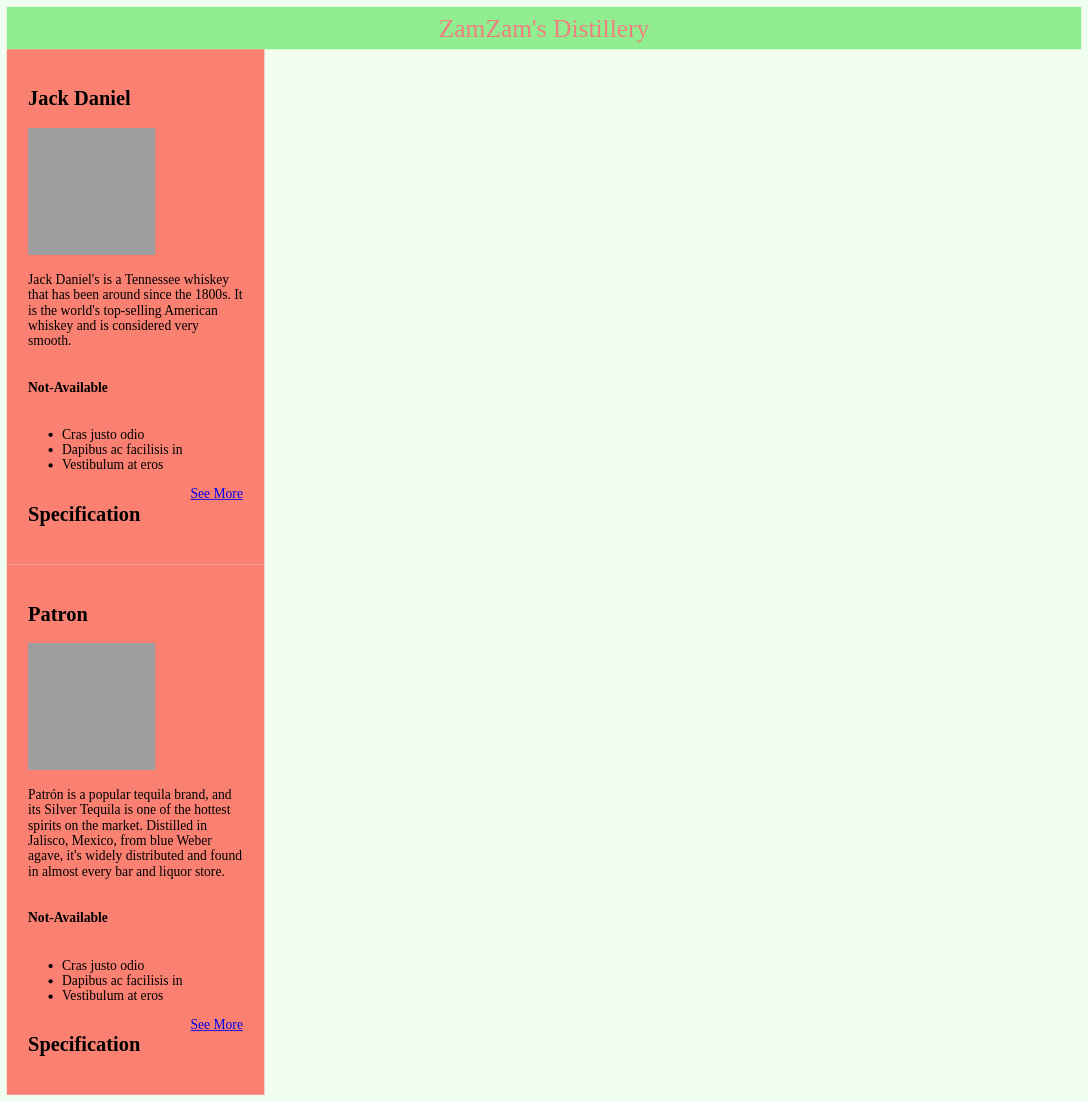
Repository: ZamlZam/REPO-11
Page: product-cards/index.html
These files come from the project's save history. The page is drawn as it stood at one moment and after the next save; the edit follows.
The browser window is 1280 px wide. The pictures show the whole page, at 85% of full size.
Pictures or frames that could not be fetched are drawn as grey boxes.

Above is the page before, as saved 2023-04-14 17:07:12.

After the next save:
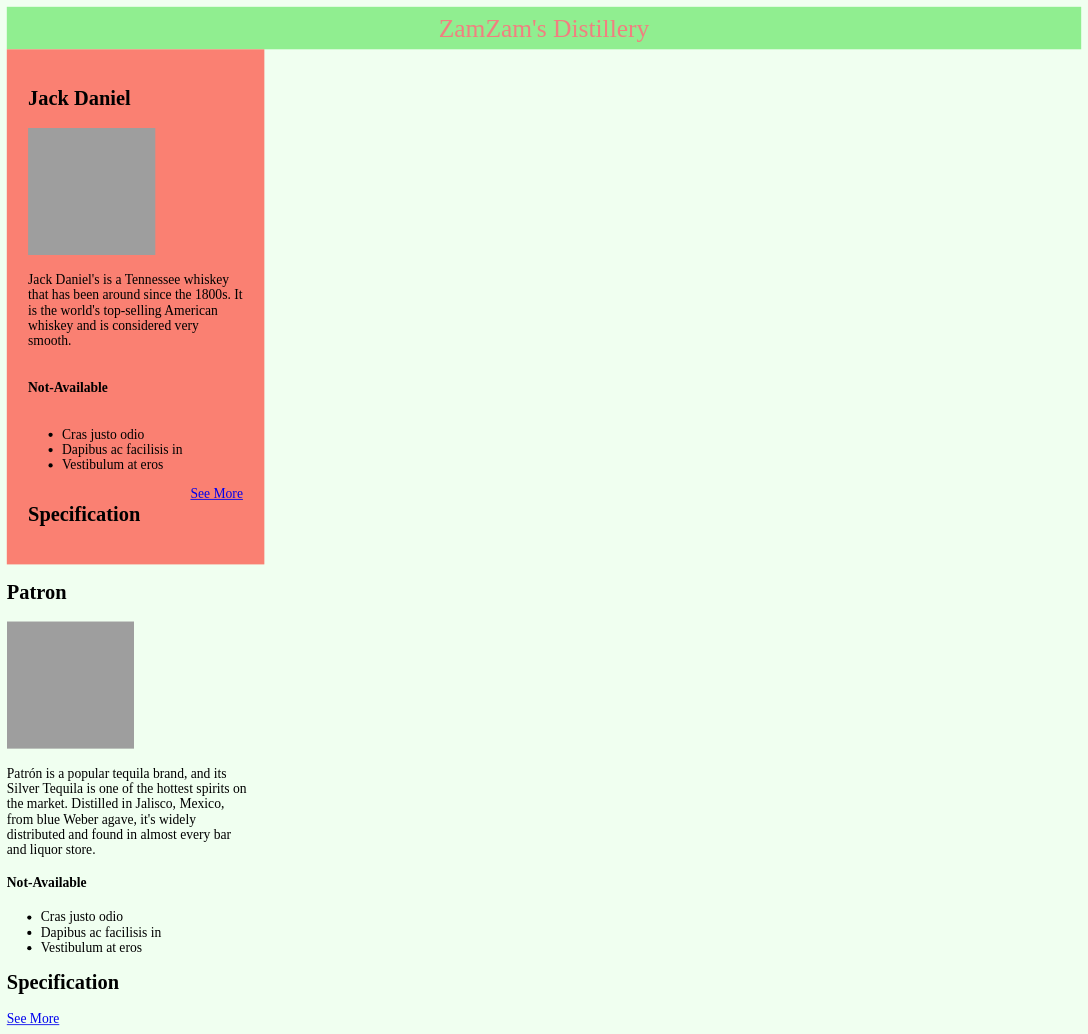
Saved 6 s later.
--- a/product-cards/index.html
+++ b/product-cards/index.html
@@ -36,7 +36,7 @@
   </div>
 
 
-  <div class="card-wrap">
+  <div class="card-wrap2">
     <div class="card2" style="width: 18rem;">
       <h2 class="tequila">Patron</h2>
      <img src="https://th.bing.com/th/id/OIP.omD1u9-5BvE0kcntTUyq4AHaGJ?pid=ImgDet&rs=1" height = "150px" width="150px" alt="">
